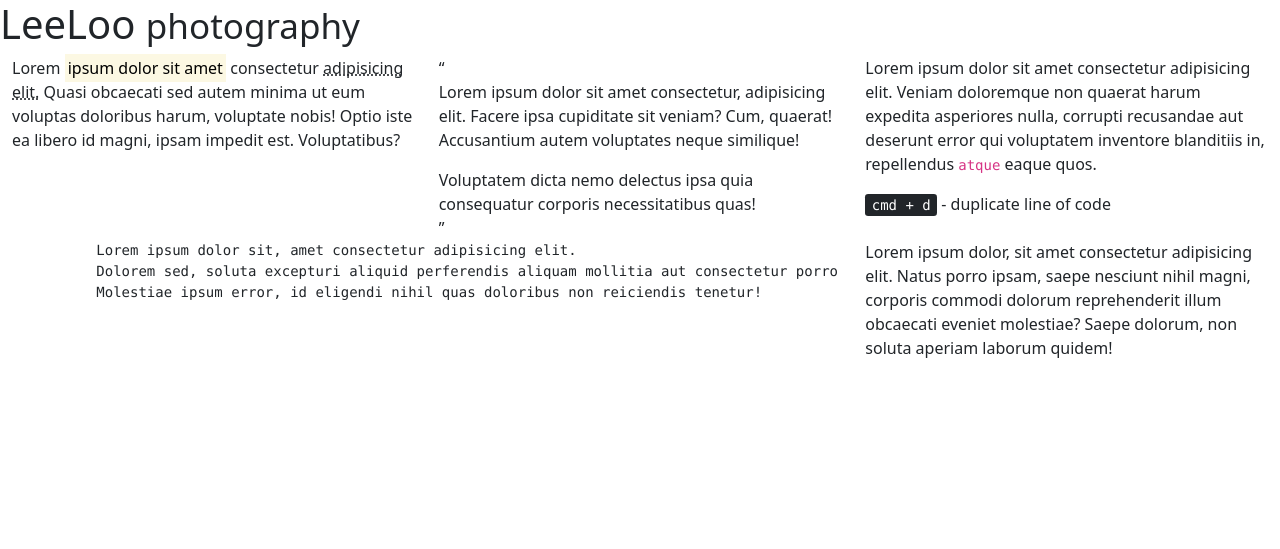
Repository: Zyzik-33/bootstrap-test
Page: index.html
An editor plug-in stored every save of this project. The page is shown before and after the next save, followed by the edit.
The browser window is 1280 px wide. The pictures show the whole page.

Above is the page before, as saved 2021-01-27 14:56:01.

### index.html
<!DOCTYPE html>
<html lang="en">
<head>
  <title>LeeLoo</title>
  <meta charset="UTF-8">
  <meta name="viewport" content="width=device-width, initial-scale=1.0">
  <link href="https://cdn.jsdelivr.net/npm/bootstrap@5.0.0-beta1/dist/css/bootstrap.min.css" rel="stylesheet" integrity="sha384-giJF6kkoqNQ00vy+HMDP7azOuL0xtbfIcaT9wjKHr8RbDVddVHyTfAAsrekwKmP1" crossorigin="anonymous">
  <script src="https://ajax.googleapis.com/ajax/libs/jquery/3.5.1/jquery.min.js"></script>
  <script src="https://cdn.jsdelivr.net/npm/bootstrap@5.0.0-beta1/dist/js/bootstrap.bundle.min.js" integrity="sha384-ygbV9kiqUc6oa4msXn9868pTtWMgiQaeYH7/t7LECLbyPA2x65Kgf80OJFdroafW" crossorigin="anonymous"></script>
</head>
<body>
  <h1>LeeLoo <small>photography</small> </h1>
  <div class="container-fluid">

    <div class="row">
      <div class="col-lg-4">Lorem <mark>ipsum dolor sit amet</mark> consectetur <abbr title="Explanation">adipisicing elit.</abbr> Quasi obcaecati sed autem minima ut eum voluptas doloribus harum, voluptate nobis! Optio iste ea libero id magni, ipsam impedit est. Voluptatibus?</div>
      <div class="col-lg-4">
        <q cite="http://developer.mozilla.org">
          <p>
            Lorem ipsum dolor sit amet consectetur, adipisicing elit. Facere ipsa cupiditate sit veniam? Cum, quaerat!
             Accusantium autem voluptates neque similique!
          </p>
          <footer>
            Voluptatem dicta nemo delectus ipsa quia consequatur corporis necessitatibus quas!
          </footer>
        </q>
      </div>
      <div class="col-lg-4">
        <blockquote class="blockquote-reverse">
          <p>
            Lorem ipsum dolor sit amet consectetur adipisicing elit.
            Veniam doloremque non quaerat harum expedita asperiores nulla,
            corrupti recusandae aut deserunt error qui voluptatem inventore
            blanditiis in, repellendus <code>atque</code> eaque quos.
          </p>
          <footer><kbd>cmd + d</kbd> - duplicate line of code</footer>
        </blockquote>
      </div>
    </div>
    <div class="row">
      <div class="col-lg-8">
        <pre>
          Lorem ipsum dolor sit, amet consectetur adipisicing elit.
          Dolorem sed, soluta excepturi aliquid perferendis aliquam mollitia aut consectetur porro.
          Molestiae ipsum error, id eligendi nihil quas doloribus non reiciendis tenetur!
        </pre>
      </div>
      <div class="col-lg-4">
        Lorem ipsum dolor, sit amet consectetur adipisicing elit.
         Natus porro ipsam, saepe nesciunt nihil magni, corporis commodi dolorum reprehenderit illum obcaecati eveniet molestiae? Saepe dolorum, non soluta aperiam laborum quidem!
      </div>
    </div>
  </div>
</body>
</html>

After the next save:
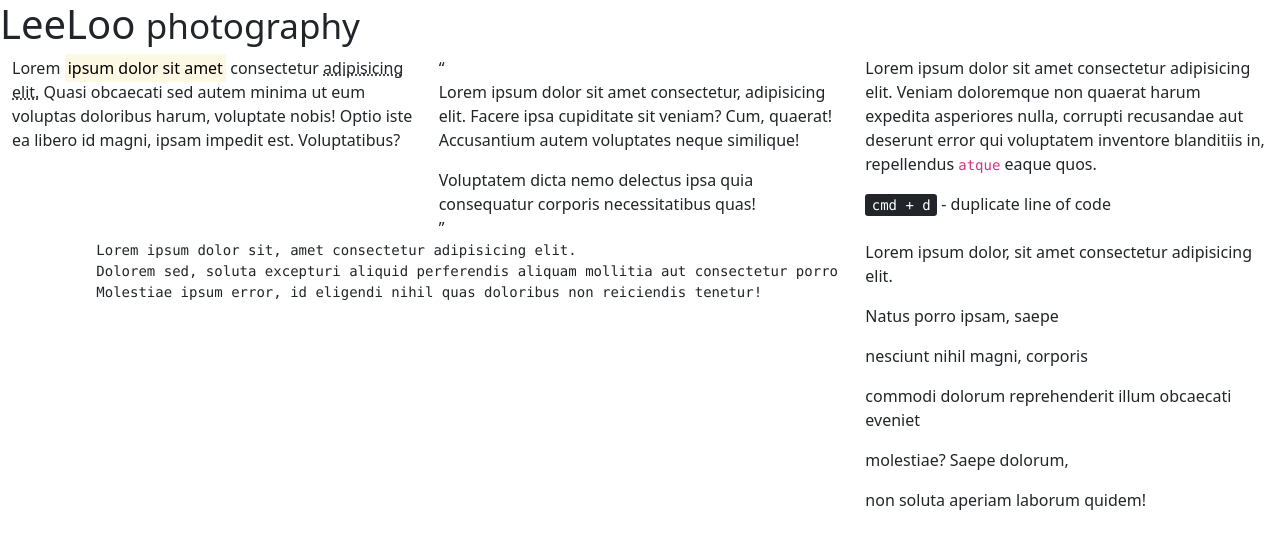
Saved 91 s later.
--- a/index.html
+++ b/index.html
@@ -46,8 +46,12 @@
         </pre>
       </div>
       <div class="col-lg-4">
-        Lorem ipsum dolor, sit amet consectetur adipisicing elit.
-         Natus porro ipsam, saepe nesciunt nihil magni, corporis commodi dolorum reprehenderit illum obcaecati eveniet molestiae? Saepe dolorum, non soluta aperiam laborum quidem!
+       <p class=""> Lorem ipsum dolor, sit amet consectetur adipisicing elit.</p>
+       <p>Natus porro ipsam, saepe</p>
+       <p>nesciunt nihil magni, corporis</p>
+       <p>commodi dolorum reprehenderit illum obcaecati eveniet</p>
+       <p>molestiae? Saepe dolorum,</p>
+       <p>non soluta aperiam laborum quidem!</p>
       </div>
     </div>
   </div>
